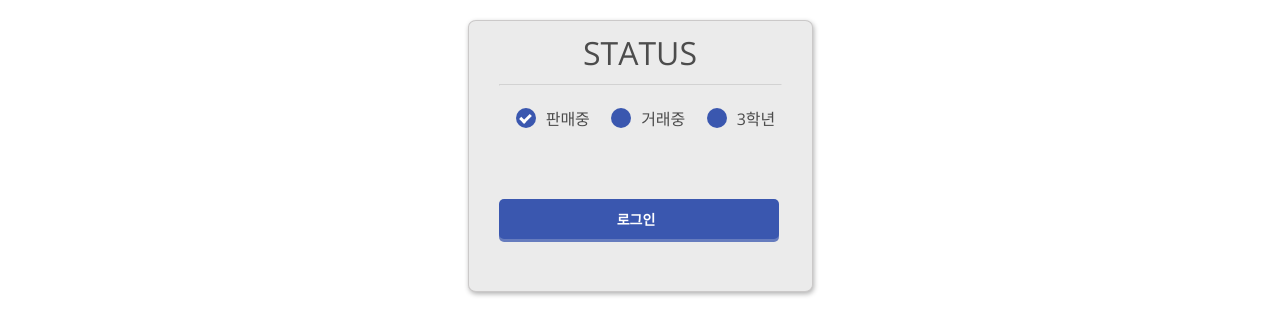
Repository: charmingjae/swproject
Page: http://localhost/bookBoard/chgStat.jsp
The author's editor kept a copy of each file at every save. The page is drawn from the files as they stood at one save, then again after the next save.
The browser window is 1280 px wide. The pictures show the whole page.
Some web libraries are served in a nearby version. The page is served by Tomcat 9. Other server files are loaded and not shown.

Above is the page before, as saved 2019-12-14 09:01:24.

### JSP/bookBoard/bookBoard/WebContent/chgStat.jsp
<%@ page language="java" contentType="text/html; charset=UTF-8"
    pageEncoding="UTF-8"%>
<!DOCTYPE html>
<html>
<head>
<meta charset="UTF-8">
<title></title>
<link href='https://fonts.googleapis.com/css?family=Open+Sans:400,300,300italic,400italic,600' rel='stylesheet' type='text/css'>
<link href="//netdna.bootstrapcdn.com/font-awesome/3.1.1/css/font-awesome.css" rel="stylesheet">
<style type="text/css">
	@import url("login.css");
</style>
</head>
<body>


<div class="testbox">
  <h1>STATUS</h1>

  <form action="loginChk.jsp">
      <hr>
		  <div class="grade">
	      <input type="radio" value="1" id="radioOne" name="stu_grade" checked/>
	      <label for="radioOne" class="radio" chec>판매중</label>
	      <input type="radio" value="2" id="radioTwo" name="stu_grade" />
	      <label for="radioTwo" class="radio">거래중</label>
	      <input type="radio" value="3" id="radioThree" name="stu_grade" />
	      <label for="radioThree" class="radio">3학년</label>
	    </div>
		  <br><br>


<!--    		<p>By clicking Register, you agree on our <a href="#">terms and condition</a>.</p> -->
   		<button type="submit" class="buttonset">로그인</button>
  </form>
</div>


</body>
</html>

### JSP/bookBoard/bookBoard/WebContent/login.css
@charset "UTF-8";

body, div, dl, dt, dd, ul, ol, li, h1, h2, h3, h4, h5, h6,
pre, form, fieldset, input, textarea, p, blockquote, th, td {
  padding:0;
  margin:0;}

fieldset, img {border:0}

ol, ul, li {list-style:none}

:focus {outline:none}

body,
input,
textarea,
select {
  font-family: 'Open Sans', sans-serif;
  font-size: 16px;
  color: #4c4c4c;
}

p {
  font-size: 12px;
  width: 150px;
  display: inline-block;
  margin-left: 18px;
}
h1 {
  font-size: 32px;
  font-weight: 300;
  color: #4c4c4c;
  text-align: center;
  padding-top: 10px;
  margin-bottom: 10px;
}

html{
  background-color: #ffffff;
}

.testbox {
  margin: 20px auto;
  width: 343px;
  height: 270px;
  -webkit-border-radius: 8px/7px;
  -moz-border-radius: 8px/7px;
  border-radius: 8px/7px;
  background-color: #ebebeb;
  -webkit-box-shadow: 1px 2px 5px rgba(0,0,0,.31);
  -moz-box-shadow: 1px 2px 5px rgba(0,0,0,.31);
  box-shadow: 1px 2px 5px rgba(0,0,0,.31);
  border: solid 1px #cbc9c9;
}

input[type=radio] {
  visibility: hidden;
}

form{
  margin: 0 30px;
}

label.radio {
  cursor: pointer;
  text-indent: 30px;
  overflow: visible;
  display: inline-block;
  position: relative;
  margin-bottom: 15px;
}

label.radio:before {
  background: #3a57af;
  content:'';
  position: absolute;
  top:2px;
  left: 0;
  width: 20px;
  height: 20px;
  border-radius: 100%;
}

label.radio:after {
    opacity: 0;
    content: '';
    position: absolute;
    width: 0.5em;
    height: 0.25em;
    background: transparent;
    top: 7.5px;
    left: 4.5px;
    border: 3px solid #ffffff;
    border-top: none;
    border-right: none;

    -webkit-transform: rotate(-45deg);
    -moz-transform: rotate(-45deg);
    -o-transform: rotate(-45deg);
    -ms-transform: rotate(-45deg);
    transform: rotate(-45deg);
}

input[type=radio]:checked + label:after {
    opacity: 1;
}

hr{
  color: #a9a9a9;
  opacity: 0.3;
}

input[type=text],input[type=password], input[type=number]{
  width: 200px;
  height: 39px;
  -webkit-border-radius: 0px 4px 4px 0px/5px 5px 4px 4px;
  -moz-border-radius: 0px 4px 4px 0px/0px 0px 4px 4px;
  border-radius: 0px 4px 4px 0px/5px 5px 4px 4px;
  background-color: #fff;
  -webkit-box-shadow: 1px 2px 5px rgba(0,0,0,.09);
  -moz-box-shadow: 1px 2px 5px rgba(0,0,0,.09);
  box-shadow: 1px 2px 5px rgba(0,0,0,.09);
  border: solid 1px #cbc9c9;
  margin-left: -5px;
  margin-top: 13px;
  padding-left: 10px;
}

/* input[type=password]{
  margin-bottom: 25px;
} */

#icon {
  display: inline-block;
  width: 30px;
  background-color: #3a57af;
  padding: 8px 0px 8px 15px;
  margin-left: 15px;
  -webkit-border-radius: 4px 0px 0px 4px;
  -moz-border-radius: 4px 0px 0px 4px;
  border-radius: 4px 0px 0px 4px;
  color: white;
  -webkit-box-shadow: 1px 2px 5px rgba(0,0,0,.09);
  -moz-box-shadow: 1px 2px 5px rgba(0,0,0,.09);
  box-shadow: 1px 2px 5px rgba(0,0,0,.09);
  border: solid 0px #cbc9c9;
}

.class {
  margin-top: 10px;
  margin-left: 15px;
  margin-bottom: 0px;
}

.grade{
  margin-left: 0px;
  margin-top: 20px;
}

a.button {
  font-size: 14px;
  font-weight: 600;
  color: white;
  padding: 6px 25px 0px 20px;
  margin: 10px 8px 20px 0px;
  display: inline-block;
  float: none;
  text-align: center;
  text-decoration: none;
  width: 235px; height: 27px;
  -webkit-border-radius: 5px;
  -moz-border-radius: 5px;
  border-radius: 5px;
  background-color: #3a57af;
  -webkit-box-shadow: 0 3px rgba(58,87,175,.75);
  -moz-box-shadow: 0 3px rgba(58,87,175,.75);
  box-shadow: 0 3px rgba(58,87,175,.75);
  transition: all 0.1s linear 0s;
  top: 0px;
  position: relative;
}

a.button:hover {
  top: 3px;
  background-color:#2e458b;
  -webkit-box-shadow: none;
  -moz-box-shadow: none;
  box-shadow: none;

}

.buttonset {
  border :0;
  outline :0;
  font-size: 14px;
  font-weight: 600;
  color: white;
  padding: 6px 25px 6px 20px;
  margin: 10px 8px 20px 0px;
  display: inline-block;
  float: none;
  text-align: center;
  text-decoration: none;
  width: 280px; height: 40px;
  -webkit-border-radius: 5px;
  -moz-border-radius: 5px;
  border-radius: 5px;
  background-color: #3a57af;
  -webkit-box-shadow: 0 3px rgba(58,87,175,.75);
  -moz-box-shadow: 0 3px rgba(58,87,175,.75);
  box-shadow: 0 3px rgba(58,87,175,.75);
  transition: all 0.1s linear 0s;
  top: 0px;
  position: relative;
}

.buttonset:hover {
  top: 3px;
  background-color:#2e458b;
  -webkit-box-shadow: none;
  -moz-box-shadow: none;
  box-shadow: none;

}

After the next save:
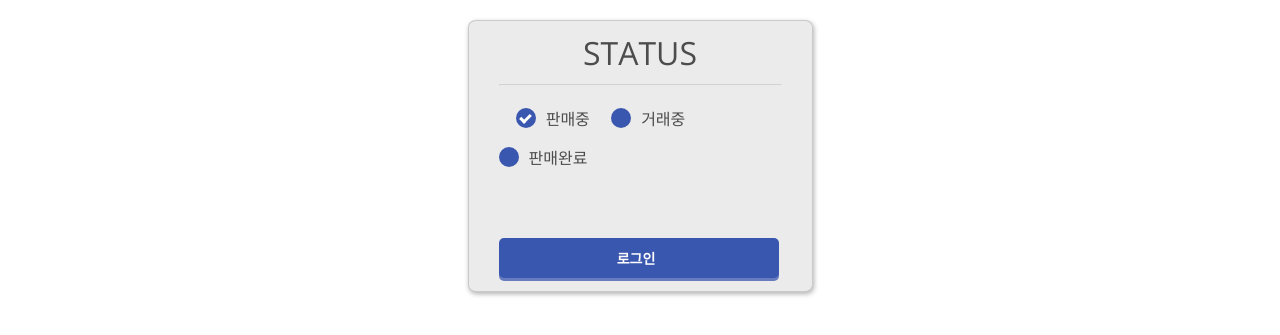
Saved 4 s later.
--- a/JSP/bookBoard/bookBoard/WebContent/chgStat.jsp
+++ b/JSP/bookBoard/bookBoard/WebContent/chgStat.jsp
@@ -25,7 +25,7 @@
 	      <input type="radio" value="2" id="radioTwo" name="stu_grade" />
 	      <label for="radioTwo" class="radio">거래중</label>
 	      <input type="radio" value="3" id="radioThree" name="stu_grade" />
-	      <label for="radioThree" class="radio">3학년</label>
+	      <label for="radioThree" class="radio">판매완료</label>
 	    </div>
 		  <br><br>
 
